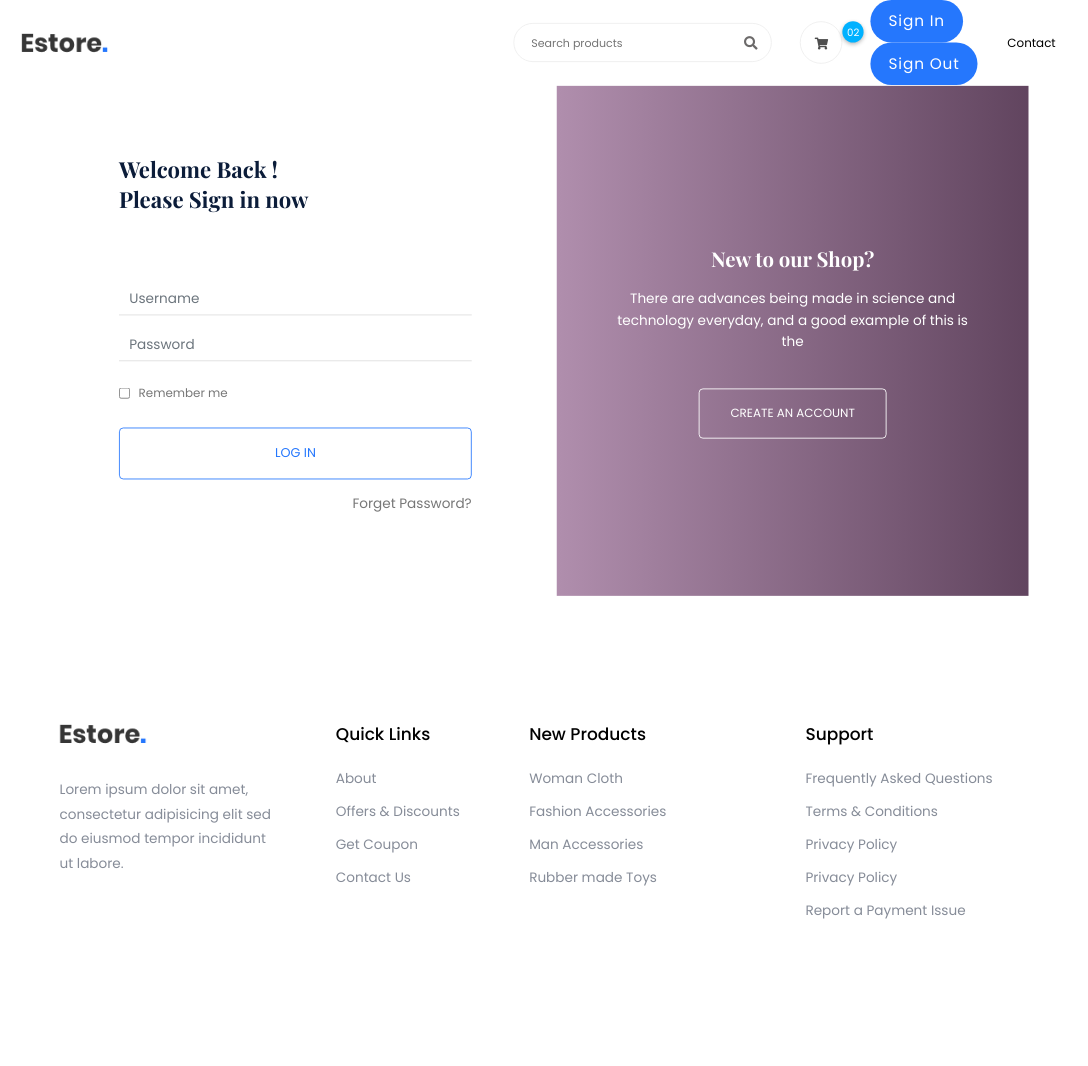
Repository: tuanloc782004/Estore-Bookshop-Website
Page: http://localhost/auth/register
The author's editor kept a copy of each file at every save. The page is drawn from the files as they stood at one save, then again after the next save.
The browser window is 1280 px wide. The pictures show the whole page, at 85% of full size.
Some web fonts or font styles are not loaded; a fallback is used. The page is this project's Thymeleaf template; nobody is signed in. Other server files are loaded and not shown. The template is opened directly, without the code that normally fills it, so the values that code supplies are empty.

Above is the page before, as saved 2024-10-26 13:53:55.

### myscp/src/main/resources/templates/auth/register.html
<!doctype html>
<html lang="zxx" xmlns:th="http://www.thymeleaf.org"
	xmlns:sec="https://www.thymeleaf.org/extras/spring-security6">

<head th:replace="user/layout/head::head"></head>

<body>

	<div th:replace="user/layout/preloader-start::preloader-start"></div>

	<header th:replace="user/layout/header::header"></header>

	<!--================login_part Area =================-->
	<section class="login_part">
		<div class="container">
			<div class="row align-items-center">
				<div class="col-lg-6 col-md-6">
					<div class="login_part_form">
						<div class="login_part_form_iner">
							<div th:if="${param.error}">Invalid username and password.
							</div>
							<div th:if="${param.logout}">You have been logged out.</div>
							<h3>
								Welcome Back ! <br> Please Sign in now
							</h3>
							<form class="row contact_form" th:action="@{/login}"
								method="post" novalidate="novalidate">
								<div class="col-md-12 form-group p_star">
									<input type="text" class="form-control" id="name"
										name="username" value="" placeholder="Username">
								</div>
								<div class="col-md-12 form-group p_star">
									<input type="password" class="form-control" id="password"
										name="password" value="" placeholder="Password">
								</div>
								<div class="col-md-12 form-group">
									<div class="creat_account d-flex align-items-center">
										<input type="checkbox" id="f-option" name="selector">
										<label for="f-option">Remember me</label>
									</div>
									<button type="submit" value="submit" class="btn_3">
										log in</button>
									<a class="lost_pass" href="#">forget password?</a>
								</div>
							</form>
						</div>
					</div>
				</div>
				<div class="col-lg-6 col-md-6">
					<div class="login_part_text text-center">
						<div class="login_part_text_iner">
							<h2>New to our Shop?</h2>
							<p>There are advances being made in science and technology
								everyday, and a good example of this is the</p>
							<a href="#" class="btn_3">Create an Account</a>
						</div>
					</div>
				</div>
			</div>
		</div>
	</section>
	<!--================login_part end =================-->

	<footer th:replace="user/layout/footer::footer"></footer>

	<div th:replace="user/layout/script::script"></div>

</body>

</html>

### myscp/src/main/resources/templates/user/layout/head.html
<head th:fragment="head">
<meta charset="utf-8">
<meta http-equiv="x-ua-compatible" content="ie=edge">
<title>Estore</title>
<meta name="description" content="">
<meta name="viewport" content="width=device-width, initial-scale=1">
<link rel="manifest" href="site.webmanifest">
<link rel="shortcut icon" type="image/x-icon"
	th:href="@{/assets/img/favicon.ico}">

<!-- CSS here -->
<link rel="stylesheet" th:href="@{/assets/css/bootstrap.min.css}">
<link rel="stylesheet" th:href="@{/assets/css/owl.carousel.min.css}">
<link rel="stylesheet" th:href="@{/assets/css/flaticon.css}">
<link rel="stylesheet" th:href="@{/assets/css/slicknav.css}">
<link rel="stylesheet" th:href="@{/assets/css/animate.min.css}">
<link rel="stylesheet" th:href="@{/assets/css/magnific-popup.css}">
<link rel="stylesheet" th:href="@{/assets/css/fontawesome-all.min.css}">
<link rel="stylesheet" th:href="@{/assets/css/themify-icons.css}">
<link rel="stylesheet" th:href="@{/assets/css/slick.css}">
<link rel="stylesheet" th:href="@{/assets/css/nice-select.css}">
<link rel="stylesheet" th:href="@{/assets/css/style.css}">
</head>

### myscp/src/main/resources/templates/user/layout/preloader-start.html
<!-- Preloader Start -->
<div id="preloader-active" th:fragment="preloader-start">
	<div class="preloader d-flex align-items-center justify-content-center">
		<div class="preloader-inner position-relative">
			<div class="preloader-circle"></div>
			<div class="preloader-img pere-text">
				<img th:src="@{/assets/img/logo/logo.png}" alt="">
			</div>
		</div>
	</div>
</div>
<!-- Preloader Start -->

### myscp/src/main/resources/templates/user/layout/header.html
<header th:fragment="header">
	<!-- Header Start -->
	<div class="header-area">
		<div class="main-header ">
			<div class="header-bottom  header-sticky">
				<div class="container-fluid">
					<div class="row align-items-center">
						<!-- Logo -->
						<div class="col-xl-1 col-lg-1 col-md-1 col-sm-3">
							<div class="logo">
								<a th:href="@{/}"><img th:src="@{/assets/img/logo/logo.png}"
									alt=""></a>
							</div>
						</div>
						<div class="col-xl-10 col-lg-10 col-md-10 col-sm-6">
							<ul
								class="header-right f-right d-flex justify-content-between align-items-center">
								<li class="d-none d-xl-block">
									<div class="form-box f-right ">
										<input type="text" name="Search" placeholder="Search products">
										<div class="search-icon">
											<i class="fas fa-search special-tag"></i>
										</div>
									</div>
								</li>
								<li>
									<div class="shopping-card">
										<a href="cart.html"><i class="fas fa-shopping-cart"></i></a>
									</div>
								</li>
								<li class="d-none d-lg-block"><sec:authorize
										access="isAnonymous()">
										<form th:action="@{/login}" method="get">
											<input type="submit" value="Sign In" class="btn header-btn"/>
										</form>
									</sec:authorize> <sec:authorize access="isAuthenticated()">
										<form th:action="@{/logout}" method="post">
											<input type="submit" value="Sign Out" class="btn header-btn"/>
										</form>
									</sec:authorize></li>
							</ul>
						</div>


						<div class="col-xl-1 col-lg-1 col-md-1 col-sm-3">
							<!-- Main-menu -->
							<div class="main-menu f-right d-none d-lg-block">
								<nav>
									<ul id="navigation">
										<li><a href="contact.html">Contact</a></li>
									</ul>
								</nav>
							</div>
						</div>
						<!-- Mobile Menu -->
						<div class="col-12">
							<div class="mobile_menu d-block d-lg-none"></div>
						</div>
					</div>
				</div>
			</div>
		</div>
	</div>
	<!-- Header End -->
</header>

### myscp/src/main/resources/templates/user/layout/footer.html
<footer th:fragment="footer">

	<!-- Footer Start-->
	<div class="footer-area footer-padding">
		<div class="container">
			<div class="row d-flex justify-content-between">
				<div class="col-xl-3 col-lg-3 col-md-5 col-sm-6">
					<div class="single-footer-caption mb-50">
						<div class="single-footer-caption mb-30">
							<!-- logo -->
							<div class="footer-logo">
								<a href="index.html"><img
									th:src="@{/assets/img/logo/logo2_footer.png}" alt=""></a>
							</div>
							<div class="footer-tittle">
								<div class="footer-pera">
									<p>Lorem ipsum dolor sit amet, consectetur adipisicing elit
										sed do eiusmod tempor incididunt ut labore.</p>
								</div>
							</div>
						</div>
					</div>
				</div>
				<div class="col-xl-2 col-lg-3 col-md-3 col-sm-5">
					<div class="single-footer-caption mb-50">
						<div class="footer-tittle">
							<h4>Quick Links</h4>
							<ul>
								<li><a href="#">About</a></li>
								<li><a href="#"> Offers & Discounts</a></li>
								<li><a href="#"> Get Coupon</a></li>
								<li><a href="#"> Contact Us</a></li>
							</ul>
						</div>
					</div>
				</div>
				<div class="col-xl-3 col-lg-3 col-md-4 col-sm-7">
					<div class="single-footer-caption mb-50">
						<div class="footer-tittle">
							<h4>New Products</h4>
							<ul>
								<li><a href="#">Woman Cloth</a></li>
								<li><a href="#">Fashion Accessories</a></li>
								<li><a href="#"> Man Accessories</a></li>
								<li><a href="#"> Rubber made Toys</a></li>
							</ul>
						</div>
					</div>
				</div>
				<div class="col-xl-3 col-lg-3 col-md-5 col-sm-7">
					<div class="single-footer-caption mb-50">
						<div class="footer-tittle">
							<h4>Support</h4>
							<ul>
								<li><a href="#">Frequently Asked Questions</a></li>
								<li><a href="#">Terms & Conditions</a></li>
								<li><a href="#">Privacy Policy</a></li>
								<li><a href="#">Privacy Policy</a></li>
								<li><a href="#">Report a Payment Issue</a></li>
							</ul>
						</div>
					</div>
				</div>
			</div>
		</div>
	</div>
	<!-- Footer End-->

</footer>

### myscp/src/main/resources/templates/user/layout/script.html
<div th:fragment="script">
	<!-- JS here -->

	<!-- All JS Custom Plugins Link Here here -->
	<script th:src="@{/assets/js/vendor/modernizr-3.5.0.min.js}"></script>
	<!-- Jquery, Popper, Bootstrap -->
	<script th:src="@{/assets/js/vendor/jquery-1.12.4.min.js}"></script>
	<script th:src="@{/assets/js/popper.min.js}"></script>
	<script th:src="@{/assets/js/bootstrap.min.js}"></script>
	<!-- Jquery Mobile Menu -->
	<script th:src="@{/assets/js/jquery.slicknav.min.js}"></script>

	<!-- Jquery Slick , Owl-Carousel Plugins -->
	<script th:src="@{/assets/js/owl.carousel.min.js}"></script>
	<script th:src="@{/assets/js/slick.min.js}"></script>

	<!-- One Page, Animated-HeadLin -->
	<script th:src="@{/assets/js/wow.min.js}"></script>
	<script th:src="@{/assets/js/animated.headline.js}"></script>
	<script th:src="@{/assets/js/jquery.magnific-popup.js}"></script>

	<!-- Scrollup, nice-select, sticky -->
	<script th:src="@{/assets/js/jquery.scrollUp.min.js}"></script>
	<script th:src="@{/assets/js/jquery.nice-select.min.js}"></script>
	<script th:src="@{/assets/js/jquery.sticky.js}"></script>
	<script src="./assets/js/jquery.magnific-popup.js"></script>

	<!-- contact js -->
	<script th:src="@{/assets/js/contact.js}"></script>
	<script th:src="@{/assets/js/jquery.form.js}"></script>
	<script th:src="@{/assets/js/jquery.validate.min.js}"></script>
	<script th:src="@{/assets/js/mail-script.js}"></script>
	<script th:src="@{/assets/js/jquery.ajaxchimp.min.js}"></script>

	<!-- Jquery Plugins, main Jquery -->
	<script th:src="@{/assets/js/plugins.js}"></script>
	<script th:src="@{/assets/js/main.js}"></script>
</div>

### myscp/src/main/resources/static/assets/js/contact.js
$(document).ready(function(){

    (function($) {
        "use strict";


    jQuery.validator.addMethod('answercheck', function (value, element) {
        return this.optional(element) || /^\bcat\b$/.test(value)
    }, "type the correct answer -_-");

    // validate contactForm form
    $(function() {
        $('#contactForm').validate({
            rules: {
                name: {
                    required: true,
                    minlength: 2
                },
                subject: {
                    required: true,
                    minlength: 4
                },
                number: {
                    required: true,
                    minlength: 5
                },
                email: {
                    required: true,
                    email: true
                },
                message: {
                    required: true,
                    minlength: 20
                }
            },
            messages: {
                name: {
                    required: "come on, you have a name, don't you?",
                    minlength: "your name must consist of at least 2 characters"
                },
                subject: {
                    required: "come on, you have a subject, don't you?",
                    minlength: "your subject must consist of at least 4 characters"
                },
                number: {
                    required: "come on, you have a number, don't you?",
                    minlength: "your Number must consist of at least 5 characters"
                },
                email: {
                    required: "no email, no message"
                },
                message: {
                    required: "um...yea, you have to write something to send this form.",
                    minlength: "thats all? really?"
                }
            },
            submitHandler: function(form) {
                $(form).ajaxSubmit({
                    type:"POST",
                    data: $(form).serialize(),
                    url:"contact_process.php",
                    success: function() {
                        $('#contactForm :input').attr('disabled', 'disabled');
                        $('#contactForm').fadeTo( "slow", 1, function() {
                            $(this).find(':input').attr('disabled', 'disabled');
                            $(this).find('label').css('cursor','default');
                            $('#success').fadeIn()
                            $('.modal').modal('hide');
		                	$('#success').modal('show');
                        })
                    },
                    error: function() {
                        $('#contactForm').fadeTo( "slow", 1, function() {
                            $('#error').fadeIn()
                            $('.modal').modal('hide');
		                	$('#error').modal('show');
                        })
                    }
                })
            }
        })
    })

 })(jQuery)
})

### myscp/src/main/resources/static/assets/js/mail-script.js
    // -------   Mail Send ajax

     $(document).ready(function() {
        var form = $('#myForm'); // contact form
        var submit = $('.submit-btn'); // submit button
        var alert = $('.alert-msg'); // alert div for show alert message

        // form submit event
        form.on('submit', function(e) {
            e.preventDefault(); // prevent default form submit

            $.ajax({
                url: 'mail.php', // form action url
                type: 'POST', // form submit method get/post
                dataType: 'html', // request type html/json/xml
                data: form.serialize(), // serialize form data
                beforeSend: function() {
                    alert.fadeOut();
                    submit.html('Sending....'); // change submit button text
                },
                success: function(data) {
                    alert.html(data).fadeIn(); // fade in response data
                    form.trigger('reset'); // reset form
                    submit.attr("style", "display: none !important");; // reset submit button text
                },
                error: function(e) {
                    console.log(e)
                }
            });
        });
    });

### myscp/src/main/resources/static/assets/js/plugins.js
// Avoid `console` errors in browsers that lack a console.
(function() {
    var method;
    var noop = function () {};
    var methods = [
        'assert', 'clear', 'count', 'debug', 'dir', 'dirxml', 'error',
        'exception', 'group', 'groupCollapsed', 'groupEnd', 'info', 'log',
        'markTimeline', 'profile', 'profileEnd', 'table', 'time', 'timeEnd',
        'timeline', 'timelineEnd', 'timeStamp', 'trace', 'warn'
    ];
    var length = methods.length;
    var console = (window.console = window.console || {});

    while (length--) {
        method = methods[length];

        // Only stub undefined methods.
        if (!console[method]) {
            console[method] = noop;
        }
    }
}());

// Place any jQuery/helper plugins in here.

Loaded but not shown: myscp/src/main/resources/static/assets/css/bootstrap.min.css (library); myscp/src/main/resources/static/assets/css/owl.carousel.min.css (common file); myscp/src/main/resources/static/assets/css/flaticon.css (common file); myscp/src/main/resources/static/assets/css/slicknav.css (common file); myscp/src/main/resources/static/assets/css/animate.min.css (library); myscp/src/main/resources/static/assets/css/magnific-popup.css (library); myscp/src/main/resources/static/assets/css/fontawesome-all.min.css (library); myscp/src/main/resources/static/assets/css/themify-icons.css (common file); myscp/src/main/resources/static/assets/css/slick.css (common file); myscp/src/main/resources/static/assets/css/nice-select.css (common file); myscp/src/main/resources/static/assets/css/style.css (library); myscp/src/main/resources/static/assets/js/popper.min.js (library); myscp/src/main/resources/static/assets/js/bootstrap.min.js (library); myscp/src/main/resources/static/assets/js/jquery.slicknav.min.js (library); myscp/src/main/resources/static/assets/js/owl.carousel.min.js (library); myscp/src/main/resources/static/assets/js/slick.min.js (library); myscp/src/main/resources/static/assets/js/wow.min.js (library); myscp/src/main/resources/static/assets/js/animated.headline.js (common file); myscp/src/main/resources/static/assets/js/jquery.magnific-popup.js (library); myscp/src/main/resources/static/assets/js/jquery.scrollUp.min.js (common file); myscp/src/main/resources/static/assets/js/jquery.nice-select.min.js (common file); myscp/src/main/resources/static/assets/js/jquery.sticky.js (library); myscp/src/main/resources/static/assets/js/jquery.form.js (library); myscp/src/main/resources/static/assets/js/jquery.validate.min.js (library); myscp/src/main/resources/static/assets/js/jquery.ajaxchimp.min.js (library); myscp/src/main/resources/static/assets/js/main.js (520 lines, source omitted)

After the next save:
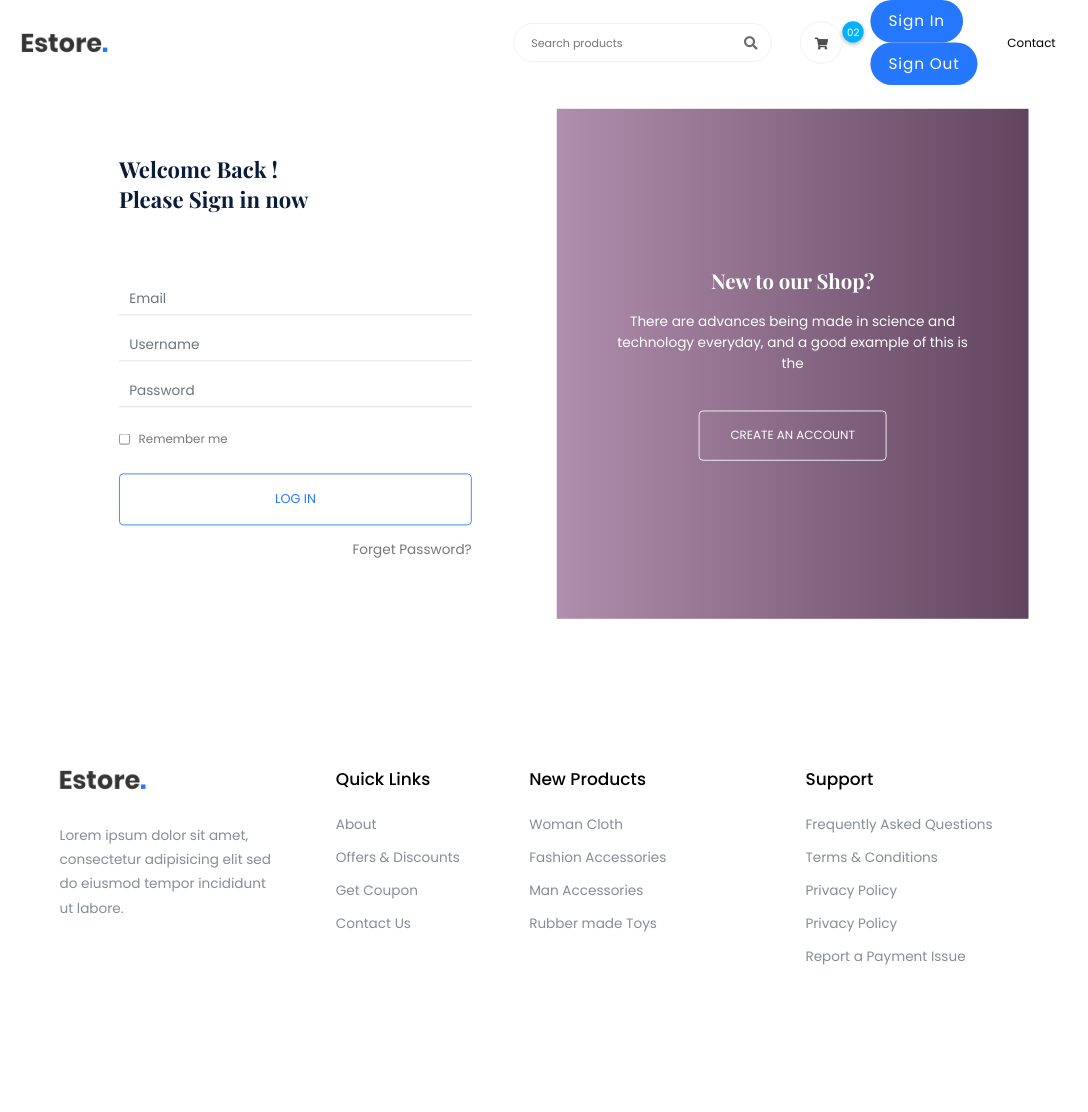
Saved 3 min 3 s later.
--- a/myscp/src/main/resources/templates/auth/register.html
+++ b/myscp/src/main/resources/templates/auth/register.html
@@ -25,6 +25,10 @@
 							</h3>
 							<form class="row contact_form" th:action="@{/login}"
 								method="post" novalidate="novalidate">
+								<div class="col-md-12 form-group p_star">
+									<input type="email" class="form-control" id="email"
+										name="email" value="" placeholder="Email">
+								</div>
 								<div class="col-md-12 form-group p_star">
 									<input type="text" class="form-control" id="name"
 										name="username" value="" placeholder="Username">
